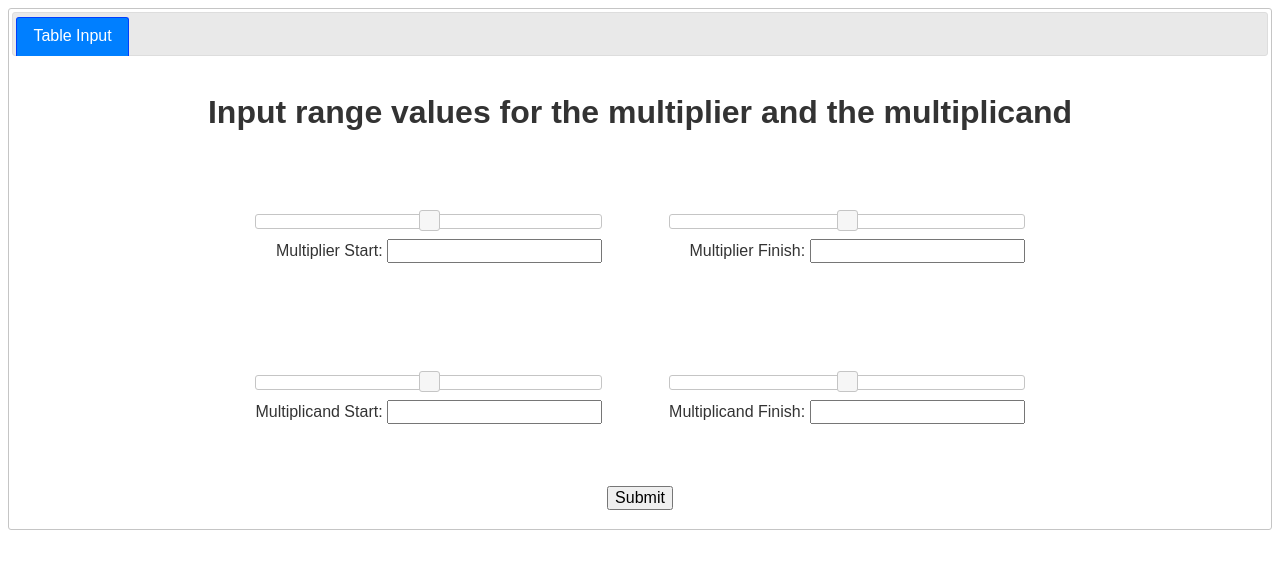
Repository: khrasna/HW4Part2
Page: index.html
The author's editor kept a copy of each file at every save. The page is drawn from the files as they stood at one save, then again after the next save.
The browser window is 1280 px wide. The pictures show the whole page.
Some web libraries are served in a nearby version.

Above is the page before, as saved 2021-11-15 19:41:57.

After the next save:
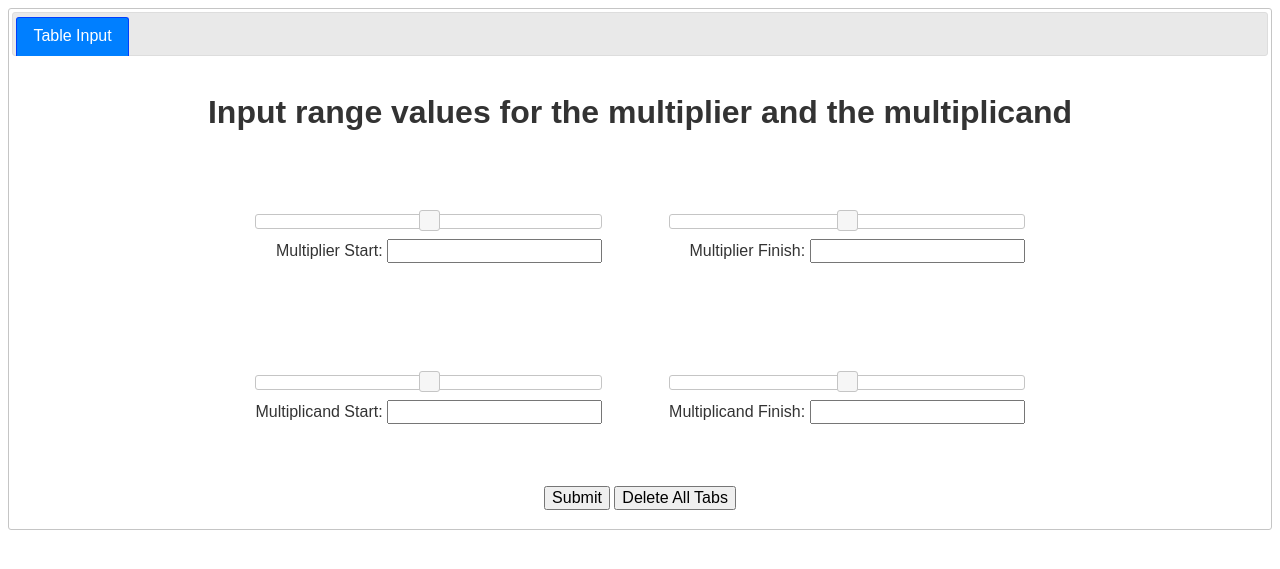
Saved 3 min 21 s later.
--- a/index.html
+++ b/index.html
@@ -51,6 +51,7 @@ By Karsten Hrasna  email Karsten_Hrasna@student.uml.edu-->
                     </tr>
                 </table>
                 <input type="submit" value="Submit">
+                <input type="button" value="Delete All Tabs">
                 <!--goes directly under form and processes the input to create a mult table-->
             </form>
         </div>
